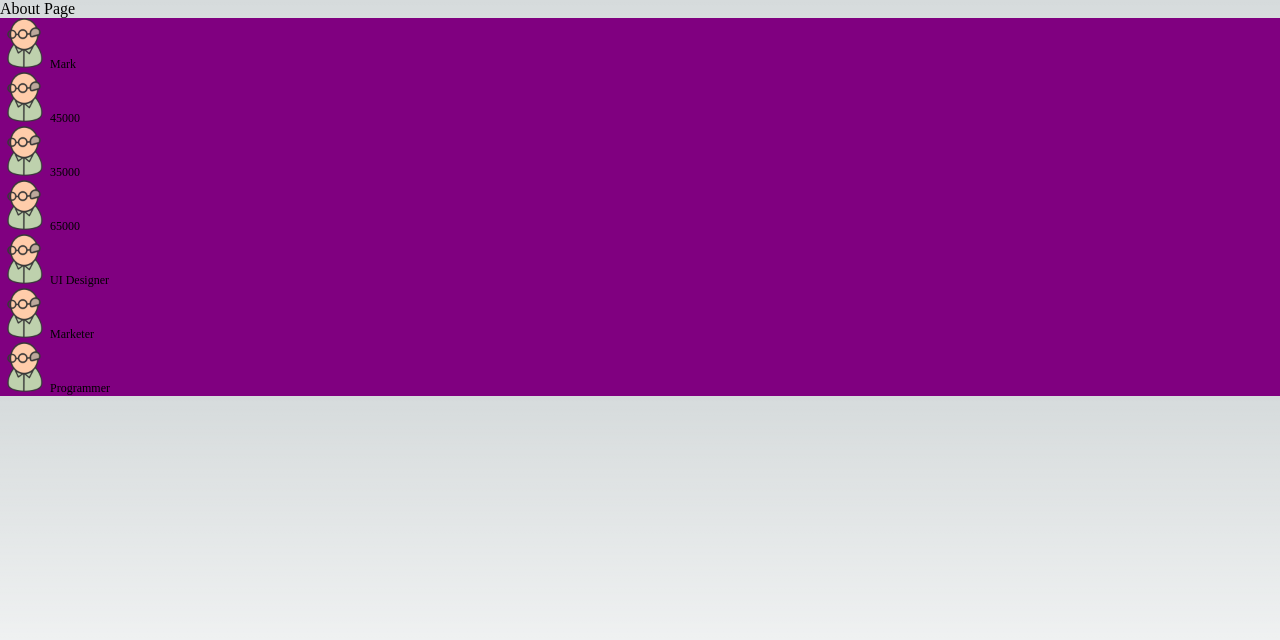
Repository: TeoEstrada9/Week-3-example
Page: /about
These files come from the project's save history. The page is drawn as it stood at one moment and after a run of saves; the edit follows.
The browser window is 1280 px wide. The pictures show the whole page.
The project was rebuilt for these pictures with package versions that can differ from the ones it lists, and the page was loaded fresh each time. The framework's server and built-in components were replaced by stand-ins that run in the browser. Also part of the build but not shown: next.config.js.

Above is the page before, as saved 2023-01-19 18:18:02.

After the next 2 saves:
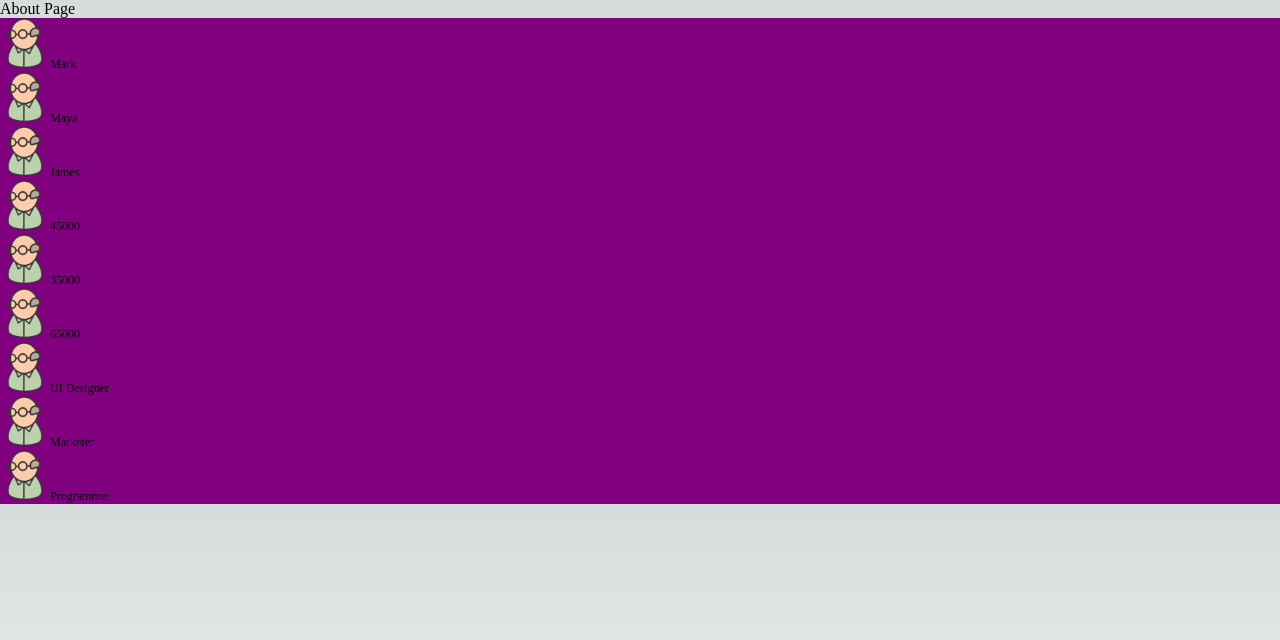
The 2 saves are shown as one change because they came seconds apart.
The last was saved 15 s later.
--- a/pages/about.js
+++ b/pages/about.js
@@ -9,7 +9,7 @@ export default function About() {
     return (
         <>About Page
           {information && information.map((info, index) => {
-            if(info.employeeName === "Mark")
+            if(info.employeeName === "Mark", "James")
 
             return(
               <Card key={index} name={info.employeeName} colour="purple" font="12px"/>
